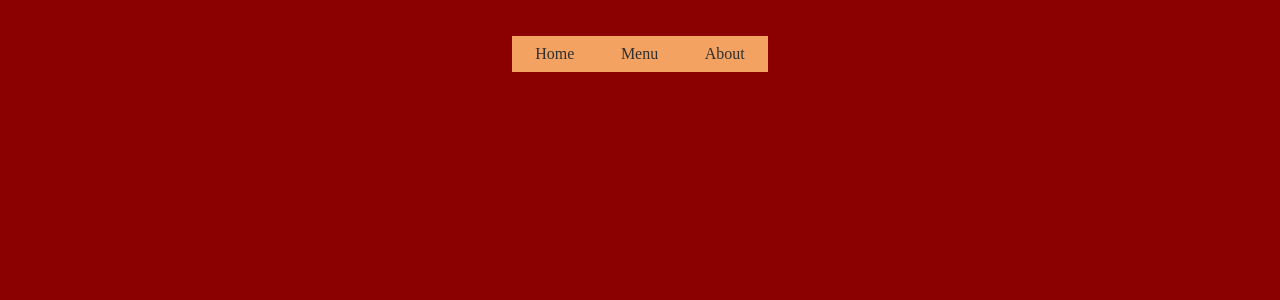
Repository: Dimitris2031/Restaurant-Front-page
Page: / (app in webpack-practice/)
These files come from the project's save history. The page is drawn as it stood at one moment and after the next save; the edit follows.
The browser window is 1280 px wide. The pictures show the whole page.
The project was rebuilt for these pictures with package versions that can differ from the ones it lists, and the page was loaded fresh each time. Also part of the build but not shown: webpack-practice/webpack.config.js.

Above is the page before, as saved 2025-09-10 10:34:21.

After the next save:
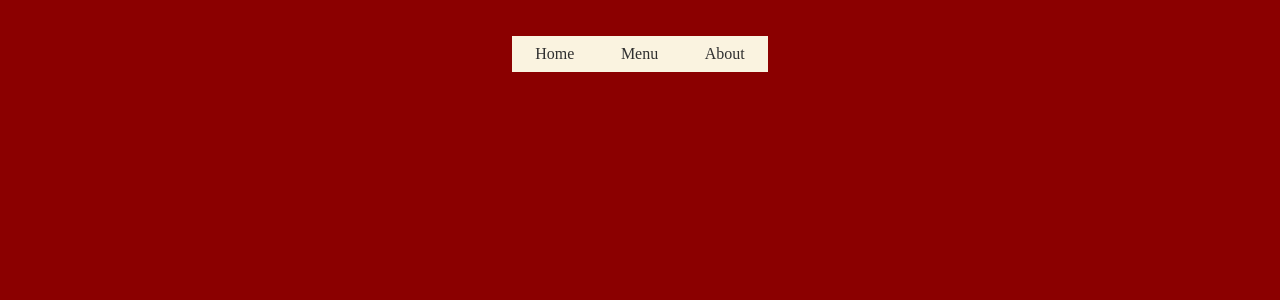
Saved 9 s later.
--- a/webpack-practice/src/styles.css
+++ b/webpack-practice/src/styles.css
@@ -23,7 +23,7 @@ header{
   align-items:center;
   width: 20%;
   height: 50%;
-  background-color: #F4A261;
+  background-color: #FAF3E0;
 }
 
 nav{
